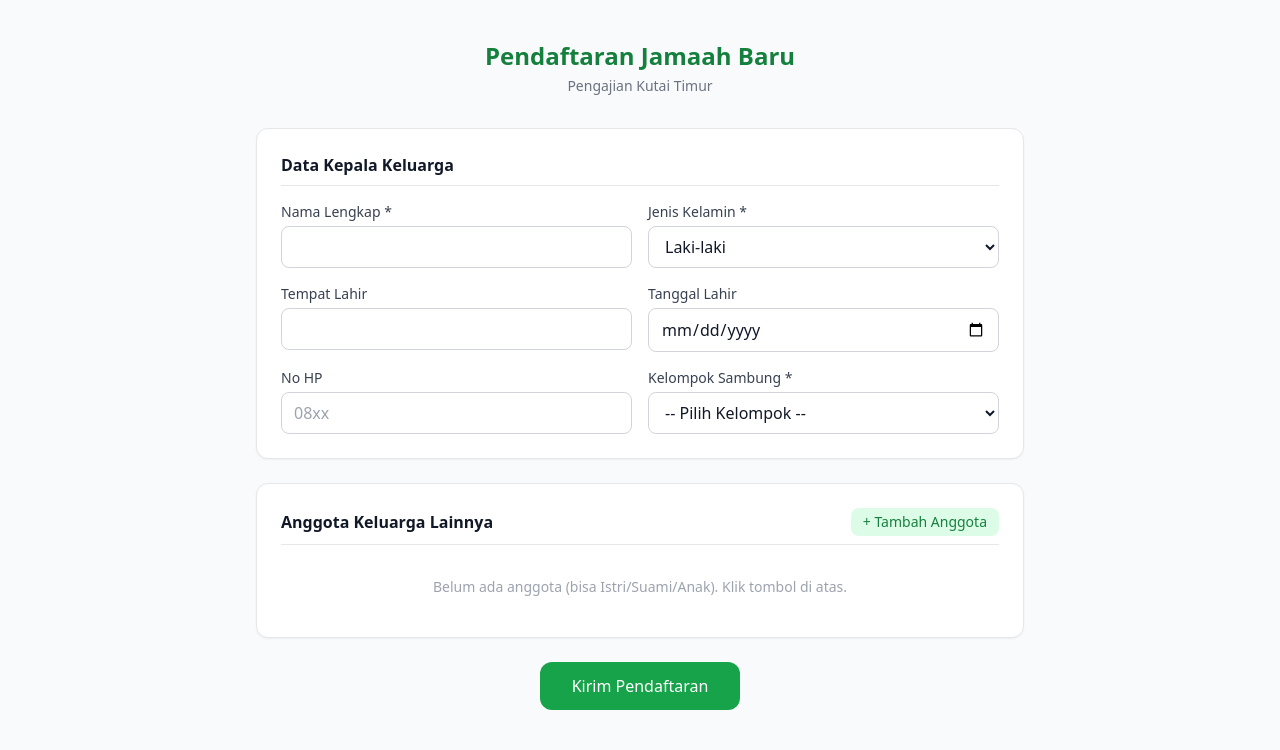
Repository: kutimku/daerah
Page: /daftar
These files come from the project's save history. The page is drawn as it stood at one moment and after the next save; the edit follows.
The browser window is 1280 px wide. The pictures show the whole page.
The page's requests for data from a server got no answer. The project was rebuilt for these pictures with package versions that can differ from the ones it lists, and the page was loaded fresh each time. The framework's server and built-in components were replaced by stand-ins that run in the browser. No one was signed in, and anything a server would have sent is missing.

Above is the page before, as saved 2026-11-06 15:28:20.

### app/layout.tsx
import type { Metadata } from "next";
import "./globals.css";

export const metadata: Metadata = {
  title: "Pengajian Kutai Timur",
  description: "Sistem Informasi Jamaah & Kegiatan Pengajian",
};

export default function RootLayout({
  children,
}: {
  children: React.ReactNode;
}) {
  return (
    <html lang="id">
      <body className="bg-gray-50 text-gray-900 min-h-screen">{children}</body>
    </html>
  );
}

### app/(public)/daftar/page.tsx
"use client";

import { useState, useEffect } from "react";
import Link from "next/link";

export default function DaftarPublikPage() {
  const [desaList, setDesaList] = useState<any[]>([]);
  const [kelompokList, setKelompokList] = useState<any[]>([]);
  const [loading, setLoading] = useState(false);
  const [sukses, setSukses] = useState(false);
  const [error, setError] = useState("");

  // Data KK
  const [kepala, setKepala] = useState({
    nama: "",
    jenis_kelamin: "L",
    tempat_lahir: "",
    tanggal_lahir: "",
    no_hp: "",
    kelompok_id: "",
  });

  // Data Anggota (Array)
  const [anggota, setAnggota] = useState<any[]>([]);

  // Fetch desa & kelompok dari Supabase (butuh endpoint publik)
  // Untuk simple-nya, kita pakai Supabase Client langsung karena read-only
  useEffect(() => {
    // Ganti dengan pemanggilan API publik jika perlu
    // Di sini saya hardcode dulu atau panggil API /api/wilayah (dibuat di bawah)
    fetch("/api/wilayah")
      .then((res) => res.json())
      .then((data) => {
        setDesaList(data.desa || []);
        setKelompokList(data.kelompok || []);
      });
  }, []);

  function handleAddAnggota() {
    setAnggota([
      ...anggota,
      {
        nama: "",
        jenis_kelamin: "P",
        tempat_lahir: "",
        tanggal_lahir: "",
        hubungan: "anak",
      },
    ]);
  }

  function handleRemoveAnggota(index: number) {
    setAnggota(anggota.filter((_, i) => i !== index));
  }

  function handleAnggotaChange(index: number, field: string, value: string) {
    const newArr = [...anggota];
    newArr[index][field] = value;
    setAnggota(newArr);
  }

  async function handleSubmit(e: React.FormEvent) {
    e.preventDefault();
    setLoading(true);
    setError("");

    try {
      const res = await fetch("/api/pendaftaran", {
        method: "POST",
        headers: { "Content-Type": "application/json" },
        body: JSON.stringify({ kepala, anggota }),
      });
      const data = await res.json();
      if (!res.ok) {
        setError(data.error || "Gagal mengirim data");
      } else {
        setSukses(true);
      }
    } catch {
      setError("Terjadi kesalahan jaringan");
    } finally {
      setLoading(false);
    }
  }

  if (sukses) {
    return (
      <div className="min-h-screen flex items-center justify-center p-4">
        <div className="bg-white p-8 rounded-2xl shadow-lg text-center max-w-md w-full">
          <div className="text-5xl mb-4">✅</div>
          <h1 className="text-2xl font-bold text-gray-800 mb-2">
            Pendaftaran Terkirim!
          </h1>
          <p className="text-gray-600 mb-6">
            Data keluarga Anda sudah masuk ke antrean. Admin kelompok akan
            memverifikasi dalam waktu dekat.
          </p>
          <Link href="/" className="text-primary-600 hover:underline">
            Kembali ke Beranda
          </Link>
        </div>
      </div>
    );
  }

  return (
    <div className="min-h-screen bg-gray-50 py-10 px-4">
      <div className="max-w-3xl mx-auto space-y-6">
        <div className="text-center mb-8">
          <h1 className="text-2xl font-bold text-primary-700">
            Pendaftaran Jamaah Baru
          </h1>
          <p className="text-sm text-gray-500 mt-1">Pengajian Kutai Timur</p>
        </div>

        <form onSubmit={handleSubmit} className="space-y-6">
          {/* SECTION KEPALA KELUARGA */}
          <div className="bg-white p-6 rounded-xl border shadow-sm space-y-4">
            <h2 className="font-semibold border-b pb-2">
              Data Kepala Keluarga
            </h2>
            <div className="grid grid-cols-1 md:grid-cols-2 gap-4">
              <div>
                <label>Nama Lengkap *</label>
                <input
                  required
                  value={kepala.nama}
                  onChange={(e) =>
                    setKepala({ ...kepala, nama: e.target.value })
                  }
                />
              </div>
              <div>
                <label>Jenis Kelamin *</label>
                <select
                  value={kepala.jenis_kelamin}
                  onChange={(e) =>
                    setKepala({ ...kepala, jenis_kelamin: e.target.value })
                  }
                >
                  <option value="L">Laki-laki</option>
                  <option value="P">Perempuan</option>
                </select>
              </div>
              <div>
                <label>Tempat Lahir</label>
                <input
                  value={kepala.tempat_lahir}
                  onChange={(e) =>
                    setKepala({ ...kepala, tempat_lahir: e.target.value })
                  }
                />
              </div>
              <div>
                <label>Tanggal Lahir</label>
                <input
                  type="date"
                  value={kepala.tanggal_lahir}
                  onChange={(e) =>
                    setKepala({ ...kepala, tanggal_lahir: e.target.value })
                  }
                />
              </div>
              <div>
                <label>No HP</label>
                <input
                  value={kepala.no_hp}
                  onChange={(e) =>
                    setKepala({ ...kepala, no_hp: e.target.value })
                  }
                  placeholder="08xx"
                />
              </div>
              <div>
                <label>Kelompok Sambung *</label>
                <select
                  required
                  value={kepala.kelompok_id}
                  onChange={(e) =>
                    setKepala({ ...kepala, kelompok_id: e.target.value })
                  }
                >
                  <option value="">-- Pilih Kelompok --</option>
                  {desaList.map((d: any) => (
                    <optgroup key={d.id} label={d.nama}>
                      {kelompokList
                        .filter((k: any) => k.desa_id === d.id)
                        .map((k: any) => (
                          <option key={k.id} value={k.id}>
                            {k.nama}
                          </option>
                        ))}
                    </optgroup>
                  ))}
                </select>
              </div>
            </div>
          </div>

          {/* SECTION ANGGOTA KELUARGA */}
          <div className="bg-white p-6 rounded-xl border shadow-sm space-y-4">
            <div className="flex justify-between items-center border-b pb-2">
              <h2 className="font-semibold">Anggota Keluarga Lainnya</h2>
              <button
                type="button"
                onClick={handleAddAnggota}
                className="text-sm bg-primary-100 text-primary-700 px-3 py-1 rounded-lg font-medium"
              >
                + Tambah Anggota
              </button>
            </div>

            {anggota.length === 0 && (
              <p className="text-sm text-gray-400 text-center py-4">
                Belum ada anggota (bisa Istri/Suami/Anak). Klik tombol di atas.
              </p>
            )}

            {anggota.map((agg, index) => (
              <div
                key={index}
                className="p-4 border rounded-lg bg-gray-50 relative space-y-3"
              >
                <button
                  type="button"
                  onClick={() => handleRemoveAnggota(index)}
                  className="absolute top-2 right-2 text-red-500 text-sm font-bold"
                >
                  ✕
                </button>
                <div className="grid grid-cols-1 md:grid-cols-2 gap-3">
                  <div>
                    <label>Nama Lengkap</label>
                    <input
                      value={agg.nama}
                      onChange={(e) =>
                        handleAnggotaChange(index, "nama", e.target.value)
                      }
                    />
                  </div>
                  <div>
                    <label>Hubungan</label>
                    <select
                      value={agg.hubungan}
                      onChange={(e) =>
                        handleAnggotaChange(index, "hubungan", e.target.value)
                      }
                    >
                      <option value="istri">Istri</option>
                      <option value="suami">Suami</option>
                      <option value="anak">Anak</option>
                      <option value="lainnya">Lainnya</option>
                    </select>
                  </div>
                  <div>
                    <label>Jenis Kelamin</label>
                    <select
                      value={agg.jenis_kelamin}
                      onChange={(e) =>
                        handleAnggotaChange(
                          index,
                          "jenis_kelamin",
                          e.target.value,
                        )
                      }
                    >
                      <option value="L">Laki-laki</option>
                      <option value="P">Perempuan</option>
                    </select>
                  </div>
                  <div>
                    <label>Tanggal Lahir</label>
                    <input
                      type="date"
                      value={agg.tanggal_lahir}
                      onChange={(e) =>
                        handleAnggotaChange(
                          index,
                          "tanggal_lahir",
                          e.target.value,
                        )
                      }
                    />
                  </div>
                </div>
              </div>
            ))}
          </div>

          {error && (
            <div className="bg-red-50 text-red-700 p-3 rounded-lg text-sm">
              {error}
            </div>
          )}

          <div className="text-center">
            <button
              type="submit"
              disabled={loading}
              className="bg-primary-600 text-white font-medium px-8 py-3 rounded-xl hover:bg-primary-700 w-full md:w-auto"
            >
              {loading ? "Mengirim..." : "Kirim Pendaftaran"}
            </button>
          </div>
        </form>
      </div>
    </div>
  );
}

### app/api/cek/route.ts
import { NextResponse } from "next/server";
import { createServerClient } from "@/lib/supabase/server";
import bcrypt from "bcryptjs";

export async function GET() {
  try {
    const supabase = createServerClient();

    // 1. Cek koneksi & ambil user
    const { data: user, error } = await supabase
      .from("users")
      .select("*")
      .eq("username", "admin")
      .single();

    if (error) {
      return NextResponse.json({
        status: "ERROR_DATABASE",
        pesan: error.message,
        detail: error,
      });
    }

    if (!user) {
      return NextResponse.json({ status: "USER_TIDAK_DITEMUKAN" });
    }

    // 2. Tes verifikasi password 'admin123'
    const cocok = await bcrypt.compare("admin123", user.password_hash);

    // 3. Cek environment variables
    const envCheck = {
      url_ada: !!process.env.NEXT_PUBLIC_SUPABASE_URL,
      key_publik_ada: !!process.env.NEXT_PUBLIC_SUPABASE_PUBLISHABLE_KEY,
      key_rahasia_ada: !!process.env.SUPABASE_SECRET_KEY,
    };

    return NextResponse.json({
      status: "SUKSES_KONEKSI",
      user_ditemukan: true,
      username_di_db: user.username,
      password_hash_di_db: user.password_hash.substring(0, 15) + "...",
      tes_password_admin123: cocok ? "COCOK ✅" : "TIDAK COCOK ❌",
      environment: envCheck,
    });
  } catch (err: any) {
    return NextResponse.json({
      status: "ERROR_SERVER",
      pesan: err.message,
      stack: err.stack,
    });
  }
}

### app/api/cek2/route.ts
import { NextResponse } from "next/server";
import { createServerClient } from "@/lib/supabase/server";
import bcrypt from "bcryptjs";

export async function GET() {
  try {
    const supabase = createServerClient();

    // 1. Buat hash baru yang PASTI cocok untuk 'admin123'
    const hashBaru = await bcrypt.hash("admin123", 10);

    // 2. Timpa hash di database
    const { error } = await supabase
      .from("users")
      .update({
        password_hash: hashBaru,
        wajib_ganti_password: true,
      })
      .eq("username", "admin");

    if (error) {
      return NextResponse.json({ status: "GAGAL_UPDATE", error });
    }

    return NextResponse.json({
      status: "SUKSES_GANTI_PASSWORD",
      pesan:
        "Password admin BERHASIL diubah menjadi admin123. Silakan coba login lagi!",
      hash_baru: hashBaru,
    });
  } catch (err: any) {
    return NextResponse.json({ error_server: err.message });
  }
}

### app/api/jamaah/[id]/route.ts
import { NextResponse } from "next/server";
import { createServerClient } from "@/lib/supabase/server";
import { getUser } from "@/lib/auth/get-user";

export async function GET(
  req: Request,
  { params }: { params: { id: string } },
) {
  const supabase = createServerClient();
  const { data, error } = await supabase
    .from("jamaah")
    .select("*, kelompok:kelompok_id(nama, desa_id, desa:desa_id(nama))")
    .eq("id", params.id)
    .single();

  if (error)
    return NextResponse.json({ error: error.message }, { status: 404 });
  return NextResponse.json({ data });
}

export async function PUT(
  req: Request,
  { params }: { params: { id: string } },
) {
  const user = await getUser();
  if (!user)
    return NextResponse.json({ error: "Tidak login" }, { status: 401 });

  const supabase = createServerClient();
  const body = await req.json();

  // Jangan kirim id di body
  delete body.id;

  const { error } = await supabase
    .from("jamaah")
    .update({ ...body, updated_at: new Date().toISOString() })
    .eq("id", params.id);

  if (error)
    return NextResponse.json({ error: error.message }, { status: 500 });
  return NextResponse.json({ ok: true });
}

export async function DELETE(
  req: Request,
  { params }: { params: { id: string } },
) {
  const user = await getUser();
  if (!user)
    return NextResponse.json({ error: "Tidak login" }, { status: 401 });

  // Hanya Admin Daerah yang boleh hapus
  if (user.role !== "daerah") {
    return NextResponse.json(
      { error: "Hanya Admin Daerah yang bisa menghapus" },
      { status: 403 },
    );
  }

  const supabase = createServerClient();
  const { error } = await supabase.from("jamaah").delete().eq("id", params.id);

  if (error)
    return NextResponse.json({ error: error.message }, { status: 500 });
  return NextResponse.json({ ok: true });
}

### app/api/jamaah/route.ts
import { NextResponse } from "next/server";
import { createServerClient } from "@/lib/supabase/server";
import { getUser } from "@/lib/auth/get-user";

export async function GET(req: Request) {
  const user = await getUser();
  if (!user)
    return NextResponse.json({ error: "Tidak login" }, { status: 401 });

  const supabase = createServerClient();
  const { data, error } = await supabase
    .from("jamaah")
    .select("*, kelompok:kelompok_id(nama, desa_id, desa:desa_id(nama))")
    .eq("status", "aktif")
    .order("nama");

  if (error)
    return NextResponse.json({ error: error.message }, { status: 500 });
  return NextResponse.json({ data });
}

export async function POST(req: Request) {
  const user = await getUser();
  if (!user)
    return NextResponse.json({ error: "Tidak login" }, { status: 401 });

  const supabase = createServerClient();
  const body = await req.json();

  // Generate ID via Supabase
  const { data: newId, error: idErr } =
    await supabase.rpc("generate_jamaah_id");
  if (idErr || !newId)
    return NextResponse.json({ error: "Gagal membuat ID" }, { status: 500 });

  const { error } = await supabase.from("jamaah").insert({
    id: newId,
    ...body,
    tanggal_daftar: new Date().toISOString().split("T")[0],
  });

  if (error)
    return NextResponse.json({ error: error.message }, { status: 500 });
  return NextResponse.json({ ok: true, id: newId });
}

### app/api/keluarga/[id]/route.ts
import { NextResponse } from "next/server";
import { createServerClient } from "@/lib/supabase/server";
import { getUser } from "@/lib/auth/get-user";

// GET: Detail keluarga + semua anggota
export async function GET(
  req: Request,
  { params }: { params: { id: string } },
) {
  const supabase = createServerClient();
  const { data, error } = await supabase
    .from("keluarga")
    .select(
      `
      id,
      anggota:anggota_keluarga(
        id,
        hubungan,
        jamaah:jamaah_id(id, nama, jenis_kelamin, tanggal_lahir, kelompok:kelompok_id(nama))
      )
    `,
    )
    .eq("id", params.id)
    .single();

  if (error)
    return NextResponse.json({ error: error.message }, { status: 404 });
  return NextResponse.json({ data });
}

// POST: Tambah anggota ke KK
export async function POST(
  req: Request,
  { params }: { params: { id: string } },
) {
  const user = await getUser();
  if (!user)
    return NextResponse.json({ error: "Tidak login" }, { status: 401 });

  const { jamaah_id, hubungan } = await req.json();
  if (!jamaah_id || !hubungan)
    return NextResponse.json({ error: "Data tidak lengkap" }, { status: 400 });

  const supabase = createServerClient();

  // Cek apakah jamaah sudah ada di keluarga lain
  const { data: existing } = await supabase
    .from("anggota_keluarga")
    .select("id")
    .eq("jamaah_id", jamaah_id)
    .maybeSingle();

  if (existing) {
    return NextResponse.json(
      { error: "Jamaah ini sudah terdaftar dalam keluarga lain" },
      { status: 400 },
    );
  }

  const { error } = await supabase
    .from("anggota_keluarga")
    .insert({ keluarga_id: params.id, jamaah_id, hubungan });

  if (error)
    return NextResponse.json({ error: error.message }, { status: 500 });
  return NextResponse.json({ ok: true });
}

// DELETE: Keluarkan anggota dari KK
export async function DELETE(
  req: Request,
  { params }: { params: { id: string } },
) {
  const user = await getUser();
  if (!user)
    return NextResponse.json({ error: "Tidak login" }, { status: 401 });

  const { searchParams } = new URL(req.url);
  const anggotaId = searchParams.get("anggota_id");
  if (!anggotaId)
    return NextResponse.json({ error: "ID anggota wajib" }, { status: 400 });

  const supabase = createServerClient();
  // Jangan izinkan hapus kepala keluarga
  const { data: agg } = await supabase
    .from("anggota_keluarga")
    .select("hubungan")
    .eq("id", anggotaId)
    .single();

  if (agg?.hubungan === "kepala") {
    return NextResponse.json(
      { error: "Kepala keluarga tidak bisa dihapus" },
      { status: 400 },
    );
  }

  const { error } = await supabase
    .from("anggota_keluarga")
    .delete()
    .eq("id", anggotaId);
  if (error)
    return NextResponse.json({ error: error.message }, { status: 500 });
  return NextResponse.json({ ok: true });
}

### app/api/keluarga/route.ts
import { NextResponse } from "next/server";
import { createServerClient } from "@/lib/supabase/server";
import { getUser } from "@/lib/auth/get-user";

// GET: Daftar semua keluarga
export async function GET() {
  const user = await getUser();
  if (!user)
    return NextResponse.json({ error: "Tidak login" }, { status: 401 });

  const supabase = createServerClient();
  const { data, error } = await supabase
    .from("keluarga")
    .select(
      `
      id,
      created_at,
      kepala:anggota_keluarga!inner(
        hubungan,
        jamaah:jamaah_id(id, nama, kelompok:kelompok_id(nama))
      )
    `,
    )
    .eq("anggota_keluarga.hubungan", "kepala")
    .order("created_at", { ascending: false });

  if (error)
    return NextResponse.json({ error: error.message }, { status: 500 });
  return NextResponse.json({ data });
}

// POST: Buat KK baru + langsung tambahkan kepala keluarga
export async function POST(req: Request) {
  const user = await getUser();
  if (!user)
    return NextResponse.json({ error: "Tidak login" }, { status: 401 });

  const { kepala_jamaah_id } = await req.json();
  if (!kepala_jamaah_id)
    return NextResponse.json(
      { error: "Pilih kepala keluarga" },
      { status: 400 },
    );

  const supabase = createServerClient();

  // 1. Cek apakah jamaah ini sudah punya keluarga
  const { data: existing } = await supabase
    .from("anggota_keluarga")
    .select("id")
    .eq("jamaah_id", kepala_jamaah_id)
    .maybeSingle();

  if (existing) {
    return NextResponse.json(
      { error: "Jamaah ini sudah terdaftar dalam keluarga lain" },
      { status: 400 },
    );
  }

  // 2. Buat KK baru
  const { data: kk, error: kkErr } = await supabase
    .from("keluarga")
    .insert({ kepala_jamaah_id })
    .select()
    .single();

  if (kkErr)
    return NextResponse.json({ error: kkErr.message }, { status: 500 });

  // 3. Daftarkan kepala keluarga di tabel anggota
  const { error: aggErr } = await supabase.from("anggota_keluarga").insert({
    keluarga_id: kk.id,
    jamaah_id: kepala_jamaah_id,
    hubungan: "kepala",
  });

  if (aggErr)
    return NextResponse.json({ error: aggErr.message }, { status: 500 });

  return NextResponse.json({ ok: true, id: kk.id });
}

### app/api/pendaftaran/route.ts
import { NextResponse } from "next/server";
import { createServerClient } from "@/lib/supabase/server";
import { getUser } from "@/lib/auth/get-user";

// GET: Ambil antrean pendaftaran (khusus admin)
export async function GET() {
  const user = await getUser();
  if (!user)
    return NextResponse.json({ error: "Tidak login" }, { status: 401 });

  const supabase = createServerClient();

  // Filter berdasarkan role
  let query = supabase
    .from("pendaftaran")
    .select("*")
    .order("created_at", { ascending: false });

  if (user.role === "kelompok" && user.kelompok_id) {
    query = query.eq("kelompok_id", user.kelompok_id);
  } else if (user.role === "desa" && user.desa_id) {
    const { data: kel } = await supabase
      .from("kelompok")
      .select("id")
      .eq("desa_id", user.desa_id);
    const ids = kel?.map((k) => k.id) || [];
    query = query.in("kelompok_id", ids);
  }

  const { data, error } = await query;
  if (error)
    return NextResponse.json({ error: error.message }, { status: 500 });
  return NextResponse.json({ data });
}

// POST: Kirim pendaftaran baru (dari form publik, TANPA LOGIN)
export async function POST(req: Request) {
  const supabase = createServerClient();
  const body = await req.json();

  // Validasi minimal
  if (!body.kepala?.nama || !body.kepala?.kelompok_id) {
    return NextResponse.json(
      { error: "Nama dan kelompok kepala keluarga wajib diisi" },
      { status: 400 },
    );
  }

  // Simpan ke antrean (status: menunggu)
  const { error } = await supabase.from("pendaftaran").insert({
    data_json: body,
    status: "menunggu",
    kelompok_id: body.kepala.kelompok_id,
  });

  if (error)
    return NextResponse.json({ error: error.message }, { status: 500 });
  return NextResponse.json({ ok: true });
}

### app/globals.css
@tailwind base;
@tailwind components;
@tailwind utilities;

/* Font dasar */
body {
  font-family:
    system-ui,
    -apple-system,
    "Segoe UI",
    Roboto,
    sans-serif;
}

/* Input & tombol dasar yang rapi di HP */
input,
select,
textarea {
  @apply w-full border border-gray-300 rounded-lg px-3 py-2 text-base bg-white focus:outline-none focus:ring-2 focus:ring-primary-500;
}

label {
  @apply block text-sm font-medium text-gray-700 mb-1;
}

button:disabled {
  @apply opacity-50 cursor-not-allowed;
}

Loaded but not shown: tailwind.config.js (22 lines, source omitted); app/api/pendaftaran/[id]/route.ts (133 lines, source omitted)

After the next save:
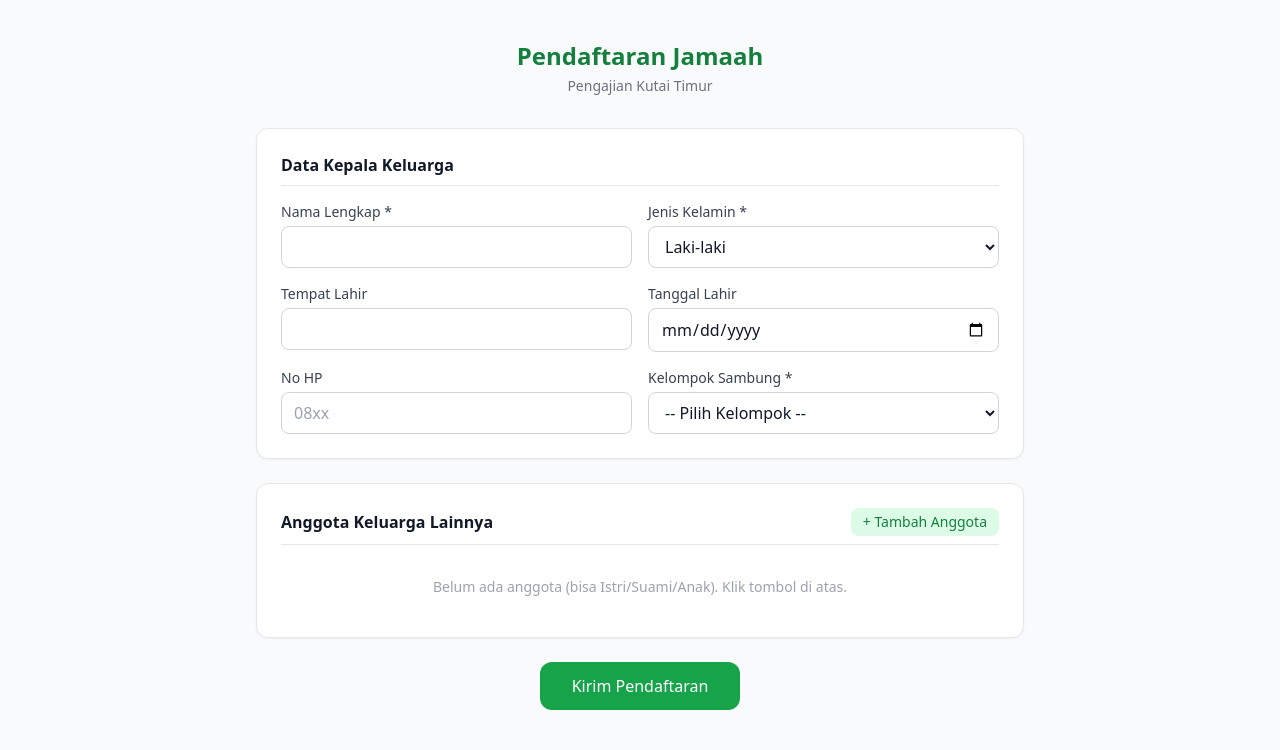
Saved 2 min 59 s later.
--- a/app/(public)/daftar/page.tsx
+++ b/app/(public)/daftar/page.tsx
@@ -108,7 +108,7 @@ export default function DaftarPublikPage() {
       <div className="max-w-3xl mx-auto space-y-6">
         <div className="text-center mb-8">
           <h1 className="text-2xl font-bold text-primary-700">
-            Pendaftaran Jamaah Baru
+            Pendaftaran Jamaah
           </h1>
           <p className="text-sm text-gray-500 mt-1">Pengajian Kutai Timur</p>
         </div>
